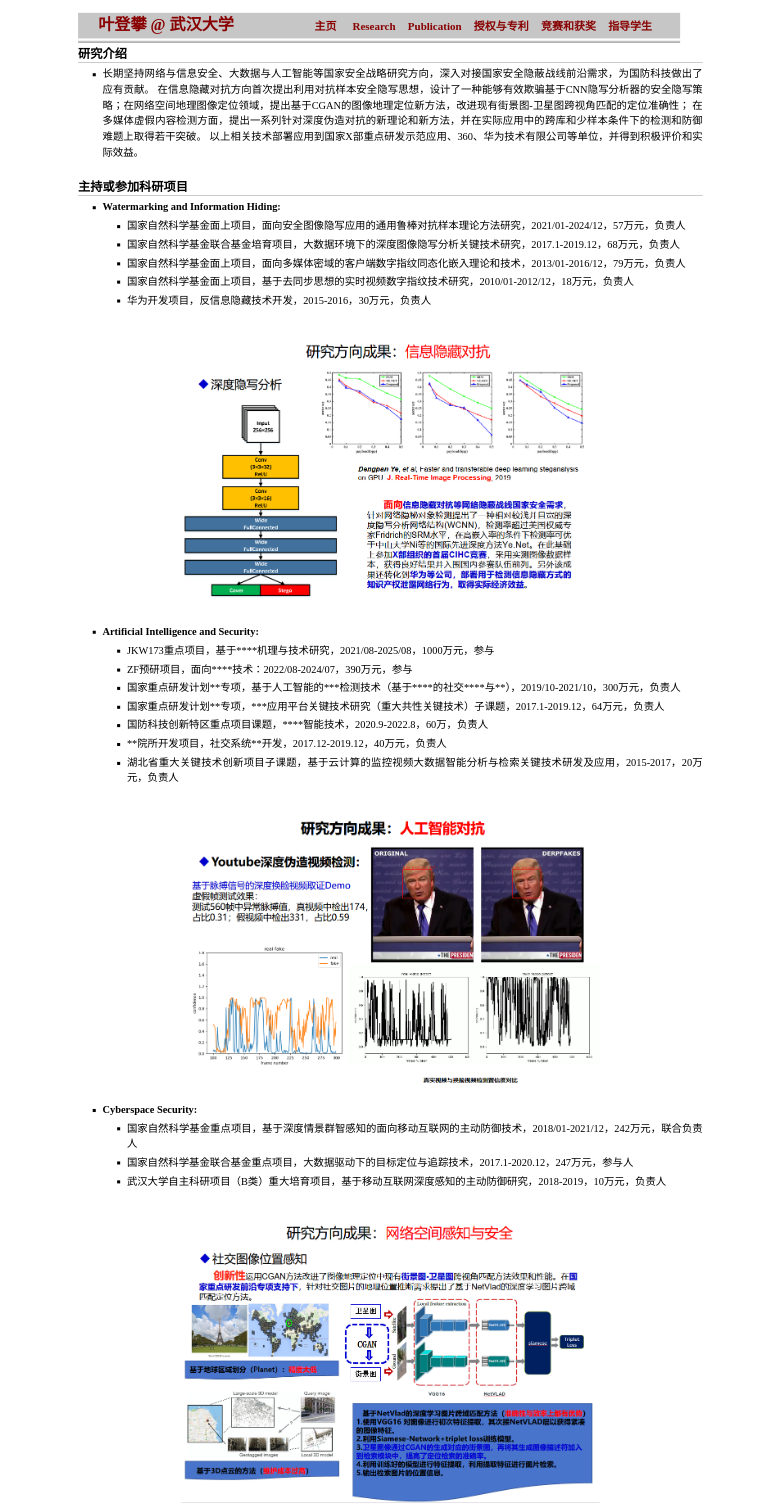
Repository: yedengpan/yedengpan.github.io
Page: research.html
These files come from the project's save history. The page is drawn as it stood at one moment and after a run of saves; the edit follows.
The browser window is 1280 px wide. The pictures show the whole page, at 61% of full size.

Above is the page before, as saved 2023-12-04 15:13:13.
Console error: SyntaxError: Unexpected token '%'

### research.html
<!DOCTYPE html PUBLIC "-//W3C//DTD XHTML 1.1//EN" "http://www.w3.org/TR/xhtml11/DTD/xhtml11.dtd">
<html xmlns="http://www.w3.org/1999/xhtml" xml:lang="en">
<head>
    <meta http-equiv="Content-Type" content="text/html; charset=UTF-8" />
    <meta name="generator" content="jemdoc, see http://jemdoc.jaboc.net/" />

    <link rel="stylesheet" href="./source_files/jemdoc.css" type="text/css" />
    <title>主持或参加科研项目</title>
    <script type="text/javascript" src="./source_files/jquery-1.12.4.min.js"></script>
    <script src="./source_files/main.js"></script>
    <title>插入图片</title>
    <style>
        .center-image {
            display: block;
            margin: 0 auto;
            width: 67%;
        }
    </style>

<style>
    .container {
        display: flex;
    }

    .image {
        flex-basis: 50%; /* 每张图片占据 50% 的宽度 */
        box-sizing: border-box; /* 解决边框和内边距导致的宽度超出问题 */
    }
</style>

</head>
<body class="my-body">
    <div id="layout-content">

        <div id="toptitle">
            <h1 width=100% id="home">
                &nbsp;&nbsp;&nbsp;&nbsp;
                <font color="#880000">叶登攀 @ 武汉大学</font>
                &nbsp;&nbsp;&nbsp;&nbsp;&nbsp;&nbsp;&nbsp;&nbsp;&nbsp;&nbsp;&nbsp;&nbsp;&nbsp;&nbsp;&nbsp;&nbsp;&nbsp;&nbsp;
                <a href="./index.html"><font color="#880000" size="4.0px">主页</font></a>
                &nbsp;&nbsp;
                <a href="./research.html"><font color="#880000" size="4.0px">Research &nbsp;&nbsp;</font></a>
                <a href="./publication.html"><font color="#880000" size="4.0px">Publication &nbsp;&nbsp;</font></a>
                <a href="./patent.html"><font color="#880000" size="4.0px">授权与专利 &nbsp;&nbsp;</font></a>
                <a href="./awards.html"><font color="#880000" size="4.0px">竞赛和获奖 &nbsp;&nbsp;</font></a>
                <a href="./student.html"><font color="#880000" size="4.0px">指导学生 &nbsp;&nbsp;</font></a>                &nbsp;&nbsp;&nbsp;&nbsp;
            </h1>
        </div>

        <br /> <br />

        <h2>研究介绍</h2>

        <ul>
            <li>
                <p style="text-align:justify;">
                    长期坚持网络与信息安全、大数据与人工智能等国家安全战略研究方向，深入对接国家安全隐蔽战线前沿需求，为国防科技做出了应有贡献。
                    在信息隐藏对抗方向首次提出利用对抗样本安全隐写思想，设计了一种能够有效欺骗基于CNN隐写分析器的安全隐写策略；在网络空间地理图像定位领域，提出基于CGAN的图像地理定位新方法，改进现有街景图-卫星图跨视角匹配的定位准确性；
                    在多媒体虚假内容检测方面，提出一系列针对深度伪造对抗的新理论和新方法，并在实际应用中的跨库和少样本条件下的检测和防御难题上取得若干突破。
                    以上相关技术部署应用到国家X部重点研发示范应用、360、华为技术有限公司等单位，并得到积极评价和实际效益。

                </p>
            </li>
        </ul>



        <h2>主持或参加科研项目</h2>
        <ul>
            <!--            <li><p style="text-align:justify;"><b>Image Processing and Steganalysis:</b></p></li>
        -->
            <li><p style="text-align:justify;"><b>Watermarking and Information Hiding:</b></p></li>
            <ul>
                <li><p style="text-align:justify;"> 国家自然科学基金面上项目，面向安全图像隐写应用的通用鲁棒对抗样本理论方法研究，2021/01-2024/12，57万元，负责人</p></li>
                <li><p style="text-align:justify;"> 国家自然科学基金联合基金培育项目，大数据环境下的深度图像隐写分析关键技术研究，2017.1-2019.12，68万元，负责人</p></li>
                <li><p style="text-align:justify;"> 国家自然科学基金面上项目，面向多媒体密域的客户端数字指纹同态化嵌入理论和技术，2013/01-2016/12，79万元，负责人</p></li>
                <li><p style="text-align:justify;"> 国家自然科学基金面上项目，基于去同步思想的实时视频数字指纹技术研究，2010/01-2012/12，18万元，负责人</p></li>

                <li><p style="text-align:justify;"> 华为开发项目，反信息隐藏技术开发，2015-2016，30万元，负责人</p></li>
            </ul>
        </ul>
        <img class="center-image" src="./source_files/111.png" alt="information_hiding" />

        <ul>
            <li><p style="text-align:justify;"><b>Artificial Intelligence and Security:</b></p></li>
            <ul>
                <li><p style="text-align:justify;"> JKW173重点项目，基于****机理与技术研究，2021/08-2025/08，1000万元，参与</p></li>
                <li><p style="text-align:justify;"> ZF预研项目，面向****技术：2022/08-2024/07，390万元，参与</p></li>
                <li><p style="text-align:justify;"> 国家重点研发计划**专项，基于人工智能的***检测技术（基于****的社交****与**），2019/10-2021/10，300万元，负责人</p></li>

                <li><p style="text-align:justify;"> 国家重点研发计划**专项，***应用平台关键技术研究（重大共性关键技术）子课题，2017.1-2019.12，64万元，负责人</p></li>
                <li><p style="text-align:justify;"> 国防科技创新特区重点项目课题，****智能技术，2020.9-2022.8，60万，负责人</p></li>
                <li><p style="text-align:justify;"> **院所开发项目，社交系统**开发，2017.12-2019.12，40万元，负责人</p></li>

                <li><p style="text-align:justify;"> 湖北省重大关键技术创新项目子课题，基于云计算的监控视频大数据智能分析与检索关键技术研发及应用，2015-2017，20万元，负责人</p></li>
            </ul>
        </ul>
        <img class="center-image" src="./source_files/222.png" alt="artificial_security" />

        <ul>
            <li><p style="text-align:justify;"><b> Cyberspace Security:</b></p></li>
            <ul>
                <li><p style="text-align:justify;"> 国家自然科学基金重点项目，基于深度情景群智感知的面向移动互联网的主动防御技术，2018/01-2021/12，242万元，联合负责人</p></li>
                <li><p style="text-align:justify;"> 国家自然科学基金联合基金重点项目，大数据驱动下的目标定位与追踪技术，2017.1-2020.12，247万元，参与人</p></li>
                <li><p style="text-align:justify;"> 武汉大学自主科研项目（B类）重大培育项目，基于移动互联网深度感知的主动防御研究，2018-2019，10万元，负责人</p></li>

            </ul>
        </ul>
        <img class="center-image" src="./source_files/333.png" alt="cyberspace_security" />

    </div>
</body>
</html>

### source_files/jemdoc.css
/* Default css file for jemdoc. */

table#tlayout {
    border: none;
    border-collapse: separate;
    background: white;
}

/*body.my-body {
	background: white;*/
	/*	font-family: Georgia, serif;*/
	/*font-family: "Times New Roman", Sans-serif, Serif, Arial, Helvetica, sans-serif;
	padding-bottom: 8px;
	margin: 0;
	text-align: center;
}*/


/* 设置英文文字的字体样式 */
:lang(en) {
	font-family: "Arial", sans-serif;
}

/* 排除其他语言的文字样式设置 */
:not(:lang(en)) {
	font-family: inherit;
}


#layout-menu {
	background: #f6f6f6;
	border: 1px solid #dddddd;
	padding-top: 0.5em;
	padding-left: 8px;
	padding-right: 8px;
	font-size: 1.0em;
	width: auto;
	white-space: nowrap;
    text-align: left;
    vertical-align: top;
}

#layout-menu td {
	background: #f4f4f4;
    vertical-align: top;
}

#layout-content {
	padding-top: 0.0em;
	padding-left: 1.0em;
	padding-right: 1.0em;
    border: none;
    background: white;
    text-align: left;
    vertical-align: top;
    /* width:950px; */
    width:1024px;
	/* width:1024px; */
    margin: auto;
}

#layout-menu a {
	line-height: 1.5em;
	margin-left: 0.5em;
}

tt {
    background: #ffffdd;
}

pre, tt {
	font-size: 90%;
	font-family: monaco, monospace;
}

a, a > tt {
	/*color: #0000FF;*/
  color: #0055AA;
	text-decoration: none;
}

a:hover {
	border-bottom: 1px gray dotted;
}

#layout-menu a.current:link, #layout-menu a.current:visited {
	color: #022b6d;
	border-bottom: 1px gray solid;
}
#layout-menu a:link, #layout-menu a:visited, #layout-menu a:hover {
	color: #527bbd;
	text-decoration: none;
}
#layout-menu a:hover {
	text-decoration: none;
}

div.menu-category {
	border-bottom: 1px solid gray;
	margin-top: 0.8em;
	padding-top: 0.2em;
	padding-bottom: 0.1em;
	font-weight: bold;
}

div.menu-item {
	padding-left: 16px;
	text-indent: -16px;
}

div#toptitle {
	padding-bottom: 0.2em;
	margin-bottom: 1.5em;
	border-bottom: 3px double gray;
  position:fixed;

}

/* Reduce space if we begin the page with a title. */
div#toptitle + h2, div#toptitle + h3 {
	margin-top: -0.7em;
}

div#subtitle {
	margin-top: 0.0em;
	margin-bottom: 0.0em;
	padding-top: 0em;
	padding-bottom: 0.1em;
}

em {
	font-style: italic;
}

strong {
	font-weight: bold;
}


h1, h2, h3 {
	color: #000000;
	margin-top: 0.9em;
	margin-bottom: 0.3em;
	padding-bottom: 0.2em;
	line-height: 1.0;
	padding-top: 0.5em;
	border-bottom: 1px solid #aaaaaa;
}

h1 {
	font-size: 165%;
  /*background: #003366;*/
  background: #C7C6C6;
  line-height: 1.5;
}

h2 {
	padding-top: 0.8em;
	font-size: 125%;
}

h2 + h3 {
    padding-top: 0.2em;
}

h3 {
	font-size: 110%;
	border-bottom: none;
}

p {
	margin-top: 0.0em;
	margin-bottom: 0.8em;
	padding: 0;
	line-height: 1.5;
  /*size of font in body*/
  font-size: 17px;
}

pre {
	padding: 0;
	margin: 0;
}

div#footer {
	font-size: small;
	border-top: 1px solid #c0c0c0;
	padding-top: 0.1em;
	margin-top: 4.0em;
	color: #c0c0c0;
}

div#footer a {
	color: #80a0b0;
}

div#footer-text {
	float: left;
	padding-bottom: 8px;
}

ul, ol, dl {
	margin-top: 0.2em;
	padding-top: 0;
	margin-bottom: 0.8em;
}

dt {
	margin-top: 0.5em;
	margin-bottom: 0;
}

dl {
	margin-left: 20px;
}

dd {
	color: #222222;
}

dd > *:first-child {
	margin-top: 0;
}

ul {
	list-style-position: outside;
	list-style-type: square;
}

p + ul, p + ol {
	margin-top: -0.5em;
}

li ul, li ol {
	margin-top: -0.3em;
}

ol {
	list-style-position: outside;
	list-style-type: decimal;
}

li p, dd p {
	margin-bottom: 0.3em;
}


ol ol {
	list-style-type: lower-alpha;
}

ol ol ol {
	list-style-type: lower-roman;
}

p + div.codeblock {
	margin-top: -0.6em;
}

div.codeblock, div.infoblock {
	margin-right: 0%;
	margin-top: 1.2em;
	margin-bottom: 1.3em;
}

div.blocktitle {
	font-weight: bold;
	color: #cd7b62;
	margin-top: 1.2em;
	margin-bottom: 0.1em;
}

div.blockcontent {
	border: 1px solid silver;
	padding: 0.3em 0.5em;
}

div.infoblock > div.blockcontent {
	background: #ffffee;
}

div.blockcontent p + ul, div.blockcontent p + ol {
	margin-top: 0.4em;
}

div.infoblock p {
	margin-bottom: 0em;
}

div.infoblock li p, div.infoblock dd p {
	margin-bottom: 0.5em;
}

div.infoblock p + p {
	margin-top: 0.8em;
}

div.codeblock > div.blockcontent {
	background: #f6f6f6;
}

span.pycommand {
	color: #000070;
}

span.statement {
	color: #008800;
}
span.builtin {
	color: #000088;
}
span.special {
	color: #990000;
}
span.operator {
	color: #880000;
}
span.error {
	color: #aa0000;
}
span.comment, span.comment > *, span.string, span.string > * {
	color: #606060;
}

@media print {
	#layout-menu { display: none; }
}

#fwtitle {
	margin: 2px;
}

#fwtitle #toptitle {
	padding-left: 0.5em;
	margin-bottom: 0.5em;
}

#layout-content h1:first-child, #layout-content h2:first-child, #layout-content h3:first-child {
	margin-top: -0.7em;
}

div#toptitle h1, #layout-content div#toptitle h1 {
	margin-bottom: 0.0em;
	padding-bottom: 0.1em;
	padding-top: 0;
	margin-top: 0.5em;
	border-bottom: none;
}

img.eq {
	padding: 0;
	padding-left: 0.1em;
	padding-right: 0.1em;
	margin: 0;
}

img.eqwl {
	padding-left: 2em;
	padding-top: 0.6em;
	padding-bottom: 0.2em;
	margin: 0;
}

table {
    border: 2px solid black;
    border-collapse: collapse;
}

td {
    padding: 2px;
    padding-left: 0.5em;
    padding-right: 0.5em;
    text-align: center;
    border: 1px solid gray;
}

table + table {
    margin-top: 1em;
}

tr.heading {
    font-weight: bold;
    border-bottom: 2px solid black;
}

img {
    border: none;
}

table.imgtable, table.imgtable td {
    border: none;
    text-align: left;
    padding-top: 4em;
}

### static/js/main.js
---
---
$(function() {
  deadlineByConf = {};

  {% for conf in site.data.conferences %}
  {% assign conf_id = conf.name | append: conf.year | slugify %}
  {% if conf.deadline == "TBA" %}
  $('#{{ conf_id }} .timer').html("TBA");
  $('#{{ conf_id }} .deadline-time').html("TBA");
  deadlineByConf["{{ conf_id }}"] = null;

  {% else %}
  var rawDeadlines = {{ conf.deadline | jsonify }} || [];
  if (rawDeadlines.constructor !== Array) {
    rawDeadlines = [rawDeadlines];
  }
  var parsedDeadlines = [];
  while (rawDeadlines.length > 0) {
    var rawDeadline = rawDeadlines.pop();
    // check if date is template
    if (rawDeadline.indexOf('%m') >= 0) {
      for (var m = 1; m <= 12; m++) {
        rawDeadlines.push(rawDeadline.replace('%m', m < 10 ? '0' + m : m));
      }
    } else if (rawDeadline.indexOf('%y') >= 0) {
      year = parseInt(moment().year());
      rawDeadlines.push(rawDeadline.replace('%y', year));
      rawDeadlines.push(rawDeadline.replace('%y', year + 1));

    } else {
      // adjust date according to deadline timezone
      {% if conf.timezone %}
      var deadline = moment.tz(rawDeadline, "{{ conf.timezone }}");
      {% else %}
      var deadline = moment.tz(rawDeadline, "Etc/GMT+12"); // Anywhere on Earth
      {% endif %}

      // post-process date
      if (deadline.minutes() === 0) {
        deadline.subtract(1, 'seconds');
      }
      if (deadline.minutes() === 59) {
        deadline.seconds(59);
      }
      parsedDeadlines.push(deadline);
    }
  }

  // check which deadline is closest
  var confDeadline = parsedDeadlines[0];
  var today = moment();
  for (var i = 1; i < parsedDeadlines.length; i++) {
    deadlineCandidate = parsedDeadlines[i];
    if ((today.diff(deadlineCandidate) < 0 && today.diff(deadlineCandidate) > today.diff(confDeadline))) {
      confDeadline = deadlineCandidate;
    }
  }

  // render countdown timer
  if (confDeadline) {
    function make_update_countdown_fn(confDeadline) {
      return function(event) {
        diff = moment() - confDeadline
        if (diff <= 0) {
           $(this).html(event.strftime('%D days %Hh %Mm %Ss'));
        } else {
          $(this).html(confDeadline.fromNow());
        }
      }
    }
    $('#{{ conf_id }} .timer').countdown(confDeadline.toDate(), make_update_countdown_fn(confDeadline));
    // check if date has passed, add 'past' class to it
    if (moment() - confDeadline > 0) {
      $('#{{ conf_id }}').addClass('past');
    }
    $('#{{ conf_id }} .deadline-time').html(confDeadline.local().format('D MMM YYYY, h:mm:ss a'));
    deadlineByConf["{{ conf_id }}"] = confDeadline;
  }
  {% endif %}
  {% endfor %}

  // Reorder list
  confs = $('.conf');
  confs.detach().sort(function(a, b) {
    var today = moment();
    var a = deadlineByConf[a.id];
    var b = deadlineByConf[b.id];
    var diff1 = today.diff(a)
    var diff2 = today.diff(b)
    if (a == null && b == null) {
      return 0;
    }
    if (a == null && diff2 > 0) {
      return -1;
    }
    if (a == null && diff2 < 0) {
      return +1;
    }
    if (b == null && diff1 > 0) {
      return +1;
    }
    if (b == null && diff1 < 0) {
      return -1;
    }
    if (diff1 < 0 && diff2 > 0) {
      return -1;
    }
    if (diff1 > 0 && diff2 < 0) {
      return +1;
    }
    if (diff1 < 0 && diff2 < 0) {
      return -1 ? diff1 < diff2 : +1;
    }
    if (diff1 > 0 && diff2 > 0) {
      return -1 ? a < b : +1;
    }
  });
  $('.conf-container').append(confs);

  // Set checkboxes
  var conf_type_data = {{ site.data.types | jsonify }};
  var all_tags = [];
  var toggle_status = {};
  for (var i = 0; i < conf_type_data.length; i++) {
    all_tags[i] = conf_type_data[i]['tag'];
    toggle_status[all_tags[i]] = false;
  }
  var tags = store.get('{{ site.domain }}');
  if (tags === undefined) {
    tags = all_tags;
  }
  for (var i = 0; i < tags.length; i++) {
    $('#' + tags[i] + '-checkbox').prop('checked', true);
    toggle_status[tags[i]] = true;
  }
  store.set('{{ site.domain }}', tags);

  function update_conf_list() {
    confs.each(function(i, conf) {
      var conf = $(conf);
      var show = false;
      for (var i = 0; i < all_tags.length; i++) {
        if(conf.hasClass(all_tags[i])) {
          show = show | toggle_status[all_tags[i]];
        }
      }
      if (show) {
        conf.show();
      } else {
        conf.hide()
      }
    });
  }
  update_conf_list();

  // Event handler on checkbox change
  $('form :checkbox').change(function(e) {
    var checked = $(this).is(':checked');
    var tag = $(this).prop('id').slice(0, -9);
    toggle_status[tag] = checked;

    if (checked == true) {
      if (tags.indexOf(tag) < 0)
        tags.push(tag);
    }
    else {
      var idx = tags.indexOf(tag);
      if (idx >= 0)
        tags.splice(idx, 1);
    }
    store.set('{{ site.domain }}', tags);
    update_conf_list();
  });
});

Loaded but not shown: source_files/jquery-1.12.4.min.js (library)

After the next 2 saves:
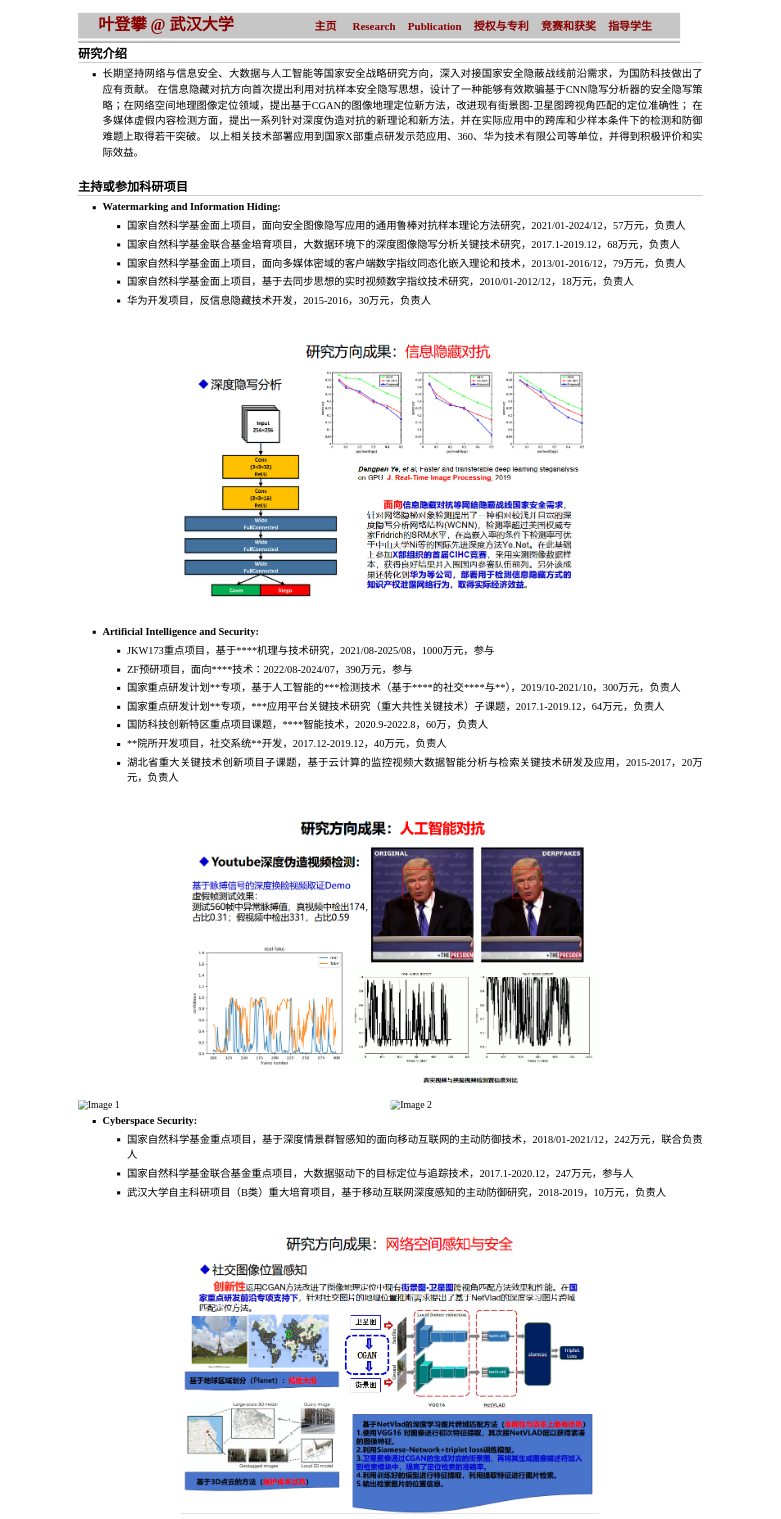
Not found: path_to_image1.jpg
Not found: path_to_image2.jpg
The 2 saves are shown as one change because they came seconds apart.
The last was saved 30 s later.
--- a/research.html
+++ b/research.html
@@ -97,6 +97,15 @@
         </ul>
         <img class="center-image" src="./source_files/222.png" alt="artificial_security" />
 
+        <div class="container">
+            <div class="image">
+                <img src="path_to_image1.jpg" alt="Image 1" style="max-width: 100%;">
+            </div>
+            <div class="image">
+                <img src="path_to_image2.jpg" alt="Image 2" style="max-width: 100%;">
+            </div>
+        </div>
+
         <ul>
             <li><p style="text-align:justify;"><b> Cyberspace Security:</b></p></li>
             <ul>
